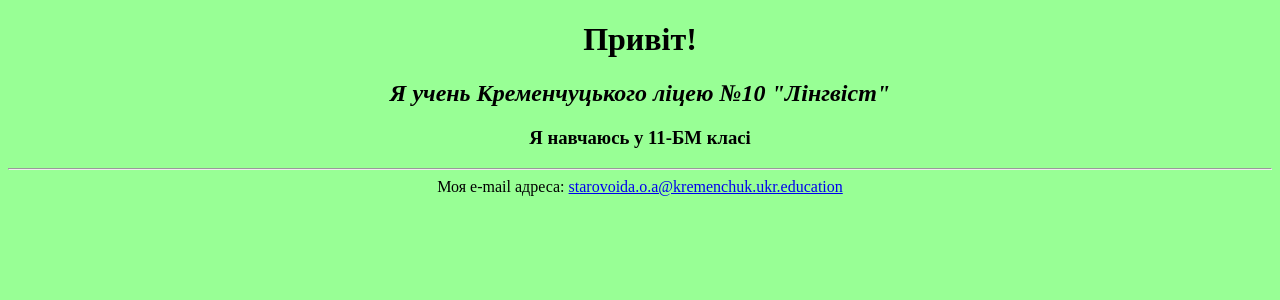
Repository: alexandrastarovoyda-star/homework_info
Page: pr3/html/pr3.html
An editor plug-in stored every save of this project. The page is shown before and after the next save, followed by the edit.
The browser window is 1280 px wide. The pictures show the whole page.

Above is the page before, as saved 2026-01-28 11:39:51.

After the next save:
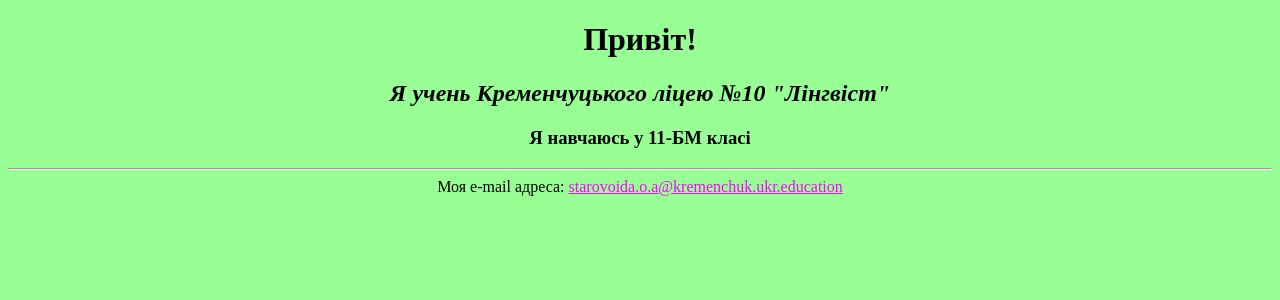
Saved 2 min 17 s later.
--- a/pr3/css/main.css
+++ b/pr3/css/main.css
@@ -10,3 +10,7 @@
 .itl{
     font-style: italic;
 }
+
+.mail{
+    color: magenta;
+}
